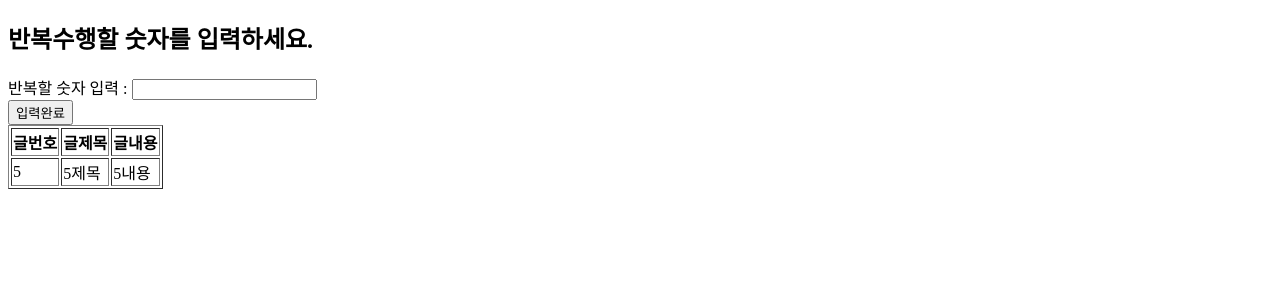
Repository: gugucon-hwan/ForStudyJSP
Page: http://localhost/StudyBasicJSP/ch06/ex06-04Form.jsp
These files come from the project's save history. The page is drawn as it stood at one moment and after the next save; the edit follows.
The browser window is 1280 px wide. The pictures show the whole page.
The page is served by Tomcat 9.

Above is the page before, as saved 2020-08-15 16:26:34.

After the next save:
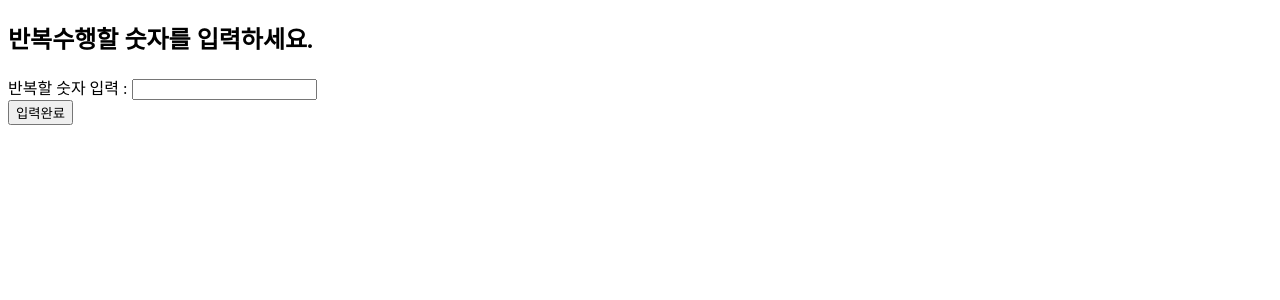
Saved 7 s later.
--- a/StudyBasicJSP/WebContent/ch06/ex06-04Form.jsp
+++ b/StudyBasicJSP/WebContent/ch06/ex06-04Form.jsp
@@ -12,16 +12,6 @@
 	반복할 숫자 입력 : <input type="text" name="localNum"><br>
 	<input type="submit" value="입력완료">
 	</form>
-	<table border="1">
-		<th>글번호</th>
-		<th>글제목</th>
-		<th>글내용</th>
-		<tr>
-			<td>5</td>
-			<td>5제목</td>
-			<td>5내용</td>
-		</tr>
 
-	</table>
 </body>
 </html>
